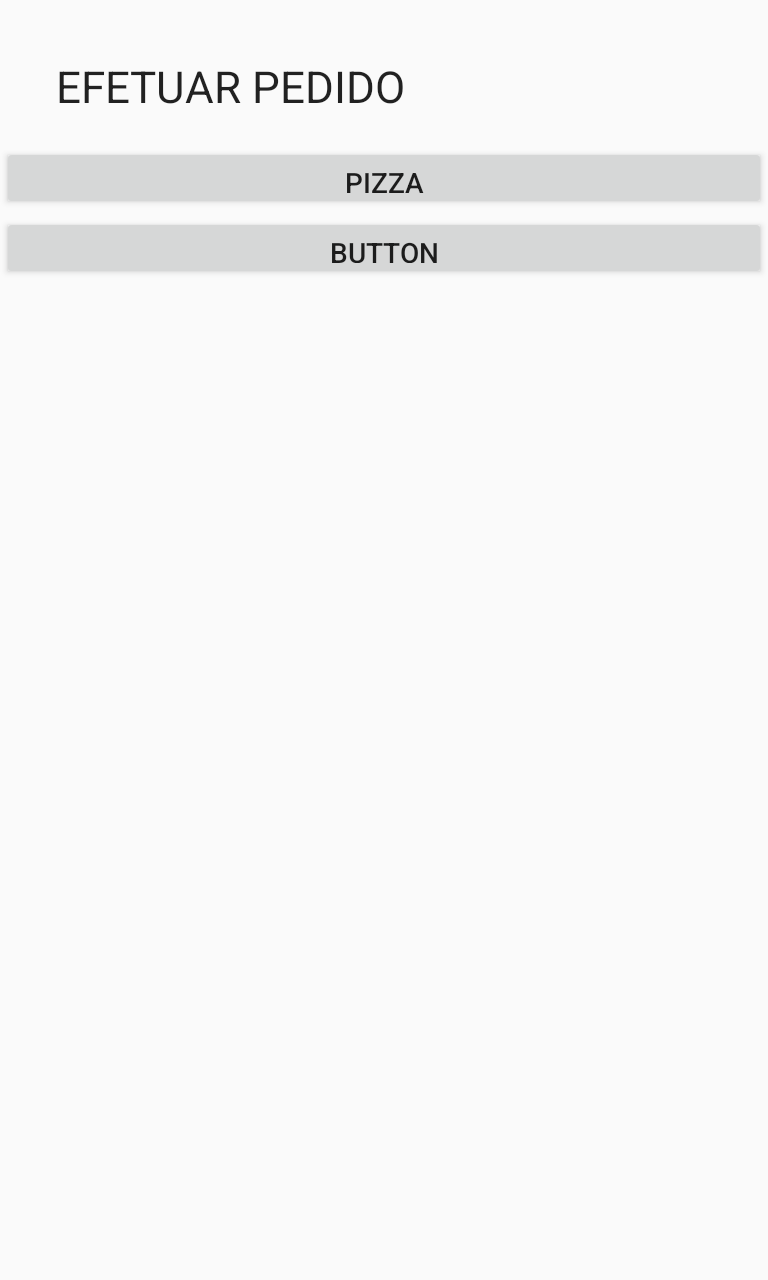
Repository: LucasSampaio/SysPizza-PSI
Layout: CodigoFonte/MOBILE/SysPizza/res/layout/activity_efetuar_pedido.xml
The author's editor kept a copy of each file at every save. The layout is drawn from the files as they stood at one save, then again after the next save.
It is drawn on a 768 x 1280 px phone screen (xhdpi) without system bars, with theme AppTheme; the app's code is not run.

Above is the layout before, as saved 2014-09-25 13:07:09.

### CodigoFonte/MOBILE/SysPizza/res/layout/activity_efetuar_pedido.xml
<?xml version="1.0" encoding="utf-8"?>
<RelativeLayout xmlns:android="http://schemas.android.com/apk/res/android"
    android:layout_width="match_parent"
    android:layout_height="match_parent"
    android:orientation="vertical" >

    <TextView
        android:id="@+id/textView1"
        android:layout_width="wrap_content"
        android:layout_height="wrap_content"
        android:layout_alignParentLeft="true"
        android:layout_alignParentTop="true"
        android:layout_marginLeft="28dp"
        android:layout_marginTop="28dp"
        android:text="EFETUAR PEDIDO"
        android:textAppearance="?android:attr/textAppearanceLarge" />

    <Button
        android:id="@+id/btPizzaEfetuarPedido"
        android:layout_width="fill_parent"
        android:layout_height="35dp"
        android:layout_below="@+id/textView1"
        android:layout_centerHorizontal="true"
        android:layout_marginTop="14dp"
        android:text="Pizza" />

    <Button
        android:id="@+id/btBebidaEfetuarPedido"
        android:layout_width="fill_parent"
        android:layout_height="35dp"
        android:layout_below="@+id/btPizzaEfetuarPedido"
        android:layout_centerHorizontal="true"
        android:text="Button" />

</RelativeLayout>

Loaded but not shown: CodigoFonte/MOBILE/SysPizza/res/values/styles.xml (common file); CodigoFonte/MOBILE/SysPizza/res/values-v11/styles.xml (common file); CodigoFonte/MOBILE/SysPizza/res/values-v14/styles.xml (common file)

After the next save:
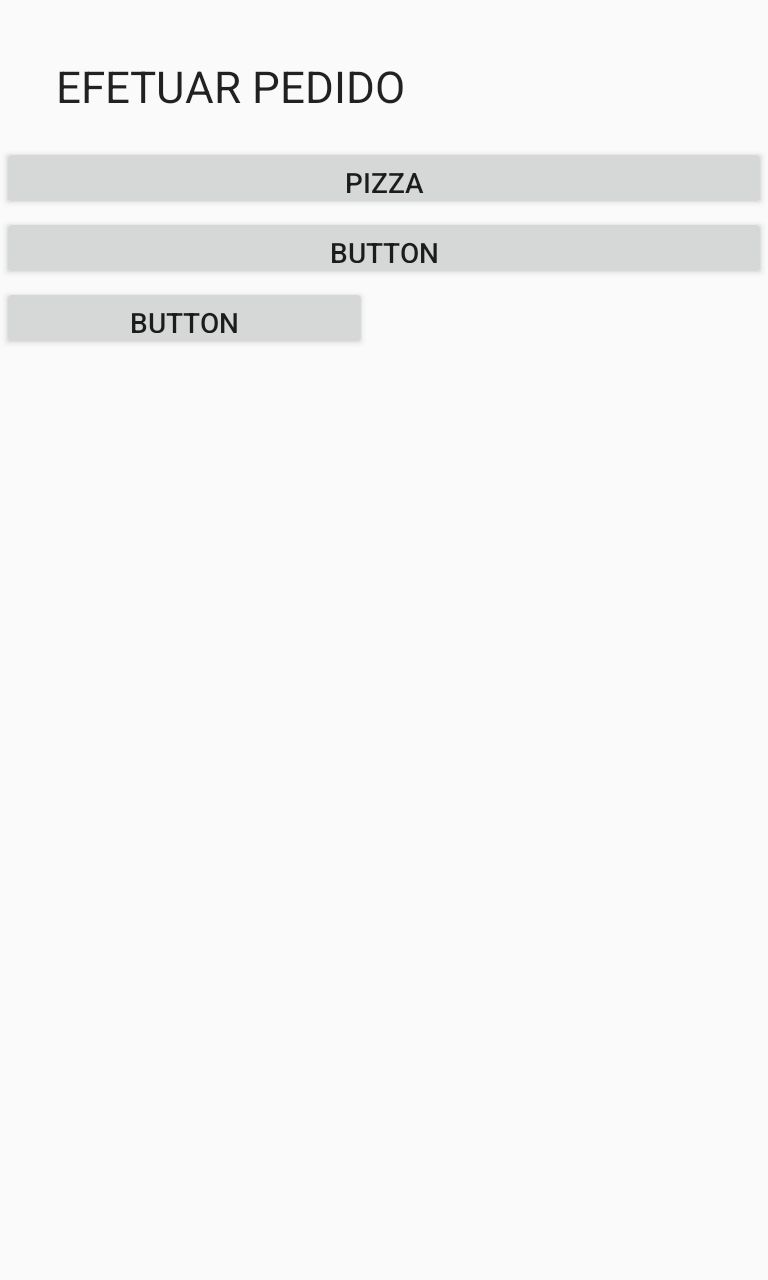
Saved 29 s later.
--- a/CodigoFonte/MOBILE/SysPizza/res/layout/activity_efetuar_pedido.xml
+++ b/CodigoFonte/MOBILE/SysPizza/res/layout/activity_efetuar_pedido.xml
@@ -32,4 +32,13 @@
         android:layout_centerHorizontal="true"
         android:text="Button" />
 
+    <Button
+        android:id="@+id/btDoceEfetuarPedido"
+        android:layout_width="fill_parent"
+        android:layout_height="35dp"
+        android:layout_alignRight="@+id/textView1"
+        android:layout_below="@+id/btBebidaEfetuarPedido"
+        android:layout_marginRight="18dp"
+        android:text="Button" />
+
 </RelativeLayout>
